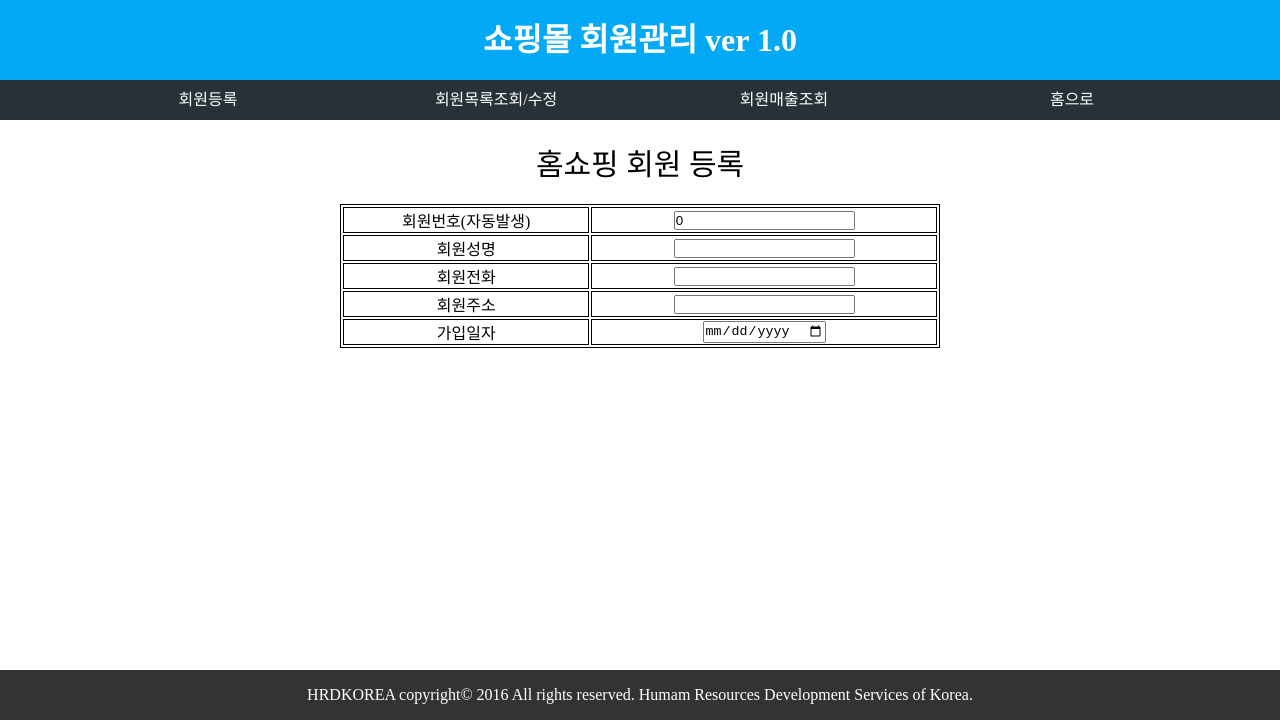
Repository: choiyuhee0722/two-crud
Page: http://localhost/HRD_000_1/view/memberInput.jsp
The author's editor kept a copy of each file at every save. The page is drawn from the files as they stood at one save, then again after the next save.
The browser window is 1280 px wide. The pictures show the whole page.
The page is served by Tomcat 9. Queries for data that is not in the repository find no rows.

Above is the page before, as saved 2024-03-28 10:40:08.

After the next save:
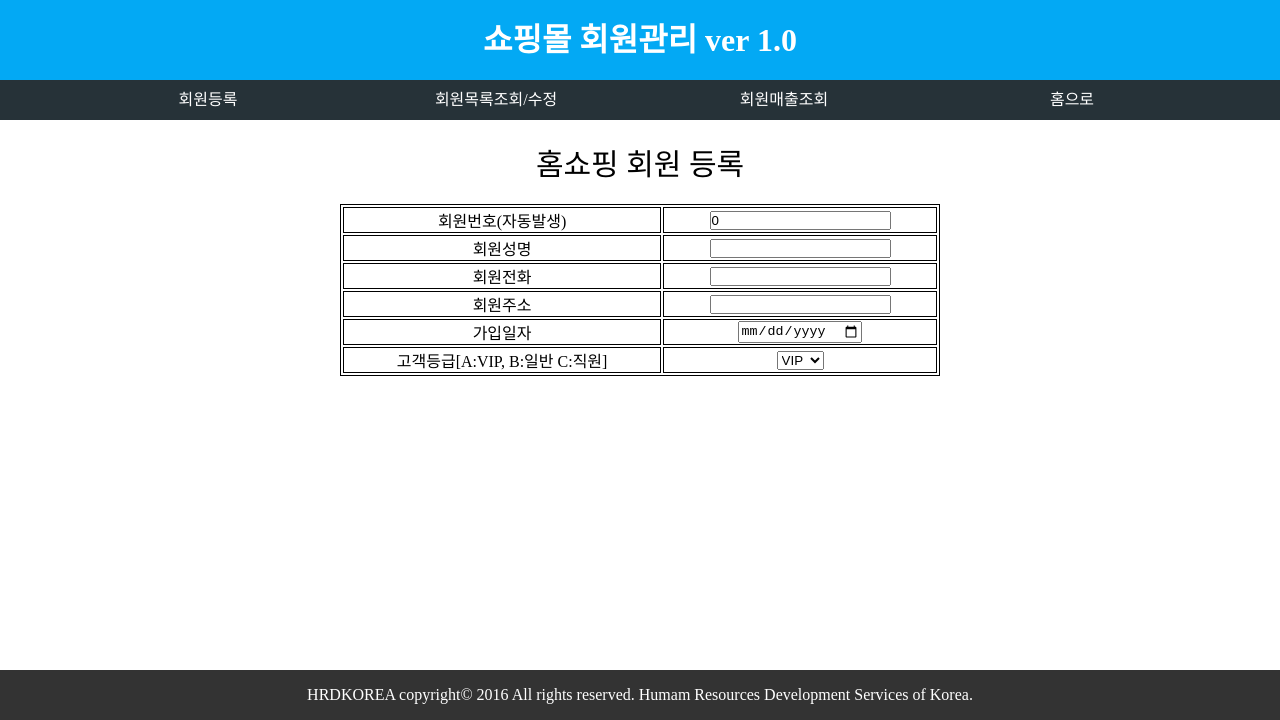
Saved 86 s later.
--- a/HRD_000_1/src/main/webapp/view/memberInput.jsp
+++ b/HRD_000_1/src/main/webapp/view/memberInput.jsp
@@ -32,6 +32,15 @@
 					<td>가입일자</td>
 					<td><input type="date" id="joindate" name="joindate"></td>
 			</tr>
+			<tr>
+					<td>고객등급[A:VIP, B:일반 C:직원]</td>
+					<td><select>
+							<option value="A">VIP</option>
+							<option value="B">일반</option>
+							<option value="C">직원</option>
+						</select>
+					</td>
+			</tr>
 			</table>
 		</form>
 	</div>
